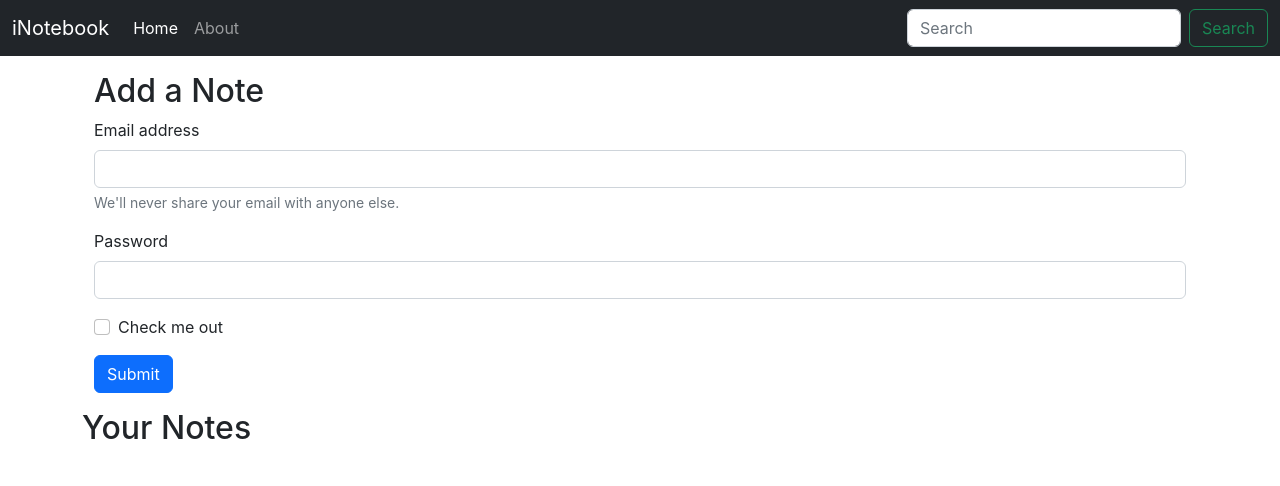
Repository: SatishPatil108/iNotebook-React
Page: /
The author's editor kept a copy of each file at every save. The page is drawn from the files as they stood at one save, then again after the next save.
The browser window is 1280 px wide. The pictures show the whole page.
The project was rebuilt for these pictures with package versions that can differ from the ones it lists, and the page was loaded fresh each time. Also part of the build but not shown: src/App.css, src/components/About.js.

Above is the page before, as saved 2022-07-23 17:37:36.

### public/index.html
<!DOCTYPE html>
<html lang="en">

<head>
  <meta charset="utf-8" />
  <link rel="icon" href="%PUBLIC_URL%/favicon.ico" />
  <meta name="viewport" content="width=device-width, initial-scale=1" />
  <meta name="theme-color" content="#000000" />
  <meta name="description" content="Web site created using create-react-app" />
  <link rel="apple-touch-icon" href="%PUBLIC_URL%/logo192.png" />

  <link rel="manifest" href="%PUBLIC_URL%/manifest.json" />
  <link href="https://cdn.jsdelivr.net/npm/bootstrap@5.2.0/dist/css/bootstrap.min.css" rel="stylesheet"
    integrity="sha384-gH2yIJqKdNHPEq0n4Mqa/HGKIhSkIHeL5AyhkYV8i59U5AR6csBvApHHNl/vI1Bx" crossorigin="anonymous">

  <title>iNotebook - Your Notes Secured in the Cloud</title>
</head>

<body>
  <noscript>You need to enable JavaScript to run this app.</noscript>
  <div id="root"></div>
  <script src="https://cdn.jsdelivr.net/npm/@popperjs/core@2.11.5/dist/umd/popper.min.js"
    integrity="sha384-Xe+8cL9oJa6tN/veChSP7q+mnSPaj5Bcu9mPX5F5xIGE0DVittaqT5lorf0EI7Vk"
    crossorigin="anonymous"></script>
  <script src="https://cdn.jsdelivr.net/npm/bootstrap@5.2.0/dist/js/bootstrap.min.js"
    integrity="sha384-ODmDIVzN+pFdexxHEHFBQH3/9/vQ9uori45z4JjnFsRydbmQbmL5t1tQ0culUzyK"
    crossorigin="anonymous"></script>

</body>

</html>

### src/App.js
import './App.css';
import {
  BrowserRouter as Router,
  Routes,
  Route
} from "react-router-dom";
import Navbar from './components/Navbar';
import Home from './components/Home';
import About from './components/About';
import NoteState from './context/notes/NoteState';

function App() {
  return (
    <>
      <NoteState>
        <Router>
          <Navbar />
          <div className="container">
            <Routes>
              <Route exact path="/" element={<Home />}></Route>
              <Route exact path="/about" element={<About />}></Route>
            </Routes>
          </div>
        </Router>
      </NoteState>
    </>
  );
}

export default App;

### src/components/Navbar.js
import React, { useEffect } from 'react'
import { Link, useLocation } from "react-router-dom";

const Navbar = () => {

    let location = useLocation();
    useEffect(() => {
        console.log(location.pathname);
    }, [location]);
    return (
        <div>
            <nav className="navbar navbar-expand-lg navbar-dark  bg-dark">
                <div className="container-fluid">
                    <Link className="navbar-brand" to="/">iNotebook</Link>
                    <button className="navbar-toggler" type="button" data-bs-toggle="collapse" data-bs-target="#navbarSupportedContent" aria-controls="navbarSupportedContent" aria-expanded="false" aria-label="Toggle navigation">
                        <span className="navbar-toggler-icon"></span>
                    </button>
                    <div className="collapse navbar-collapse" id="navbarSupportedContent">
                        <ul className="navbar-nav me-auto mb-2 mb-lg-0">
                            <li className="nav-item">
                                <Link className={`nav-link ${location.pathname === "/" ? "active" : ""}`} aria-current="page" to="/">Home</Link>
                            </li>
                            <li className="nav-item">
                                <Link className={`nav-link ${location.pathname === "/about" ? "active" : ""}`} to="/about">About</Link>
                            </li>
                        </ul>
                        <form className="d-flex" role="search">
                            <input className="form-control me-2" type="search" placeholder="Search" aria-label="Search" />
                            <button className="btn btn-outline-success" type="submit">Search</button>
                        </form>
                    </div>
                </div>
            </nav>
        </div>
    )
}

export default Navbar

### src/components/Home.js
import React from 'react'

const Home = () => {
    return (
        <div>
            <div className="container my-3">
                <h2>Add a Note</h2>
                <form>
                    <div className="mb-3">
                        <label for="exampleInputEmail1" className="form-label">Email address</label>
                        <input type="email" className="form-control" id="exampleInputEmail1" aria-describedby="emailHelp" />
                        <div id="emailHelp" className="form-text">We'll never share your email with anyone else.</div>
                    </div>
                    <div className="mb-3">
                        <label for="exampleInputPassword1" className="form-label">Password</label>
                        <input type="password" className="form-control" id="exampleInputPassword1" />
                    </div>
                    <div className="mb-3 form-check">
                        <input type="checkbox" className="form-check-input" id="exampleCheck1" />
                        <label className="form-check-label" for="exampleCheck1">Check me out</label>
                    </div>
                    <button type="submit" className="btn btn-primary">Submit</button>
                </form>
            </div>
            <h2>Your Notes</h2>
        </div>
    )
}

export default Home

### src/context/notes/NoteState.js
import NoteContext from "./noteContext";
const NoteState = (props) => {



    return (
        <NoteContext.Provider value={{}}>
            {props.children}
        </NoteContext.Provider>
    )
}

export default NoteState;

Loaded but not shown: src/index.js (common file); src/index.css (common file); src/context/notes/noteContext.js (common file)

After the next save:
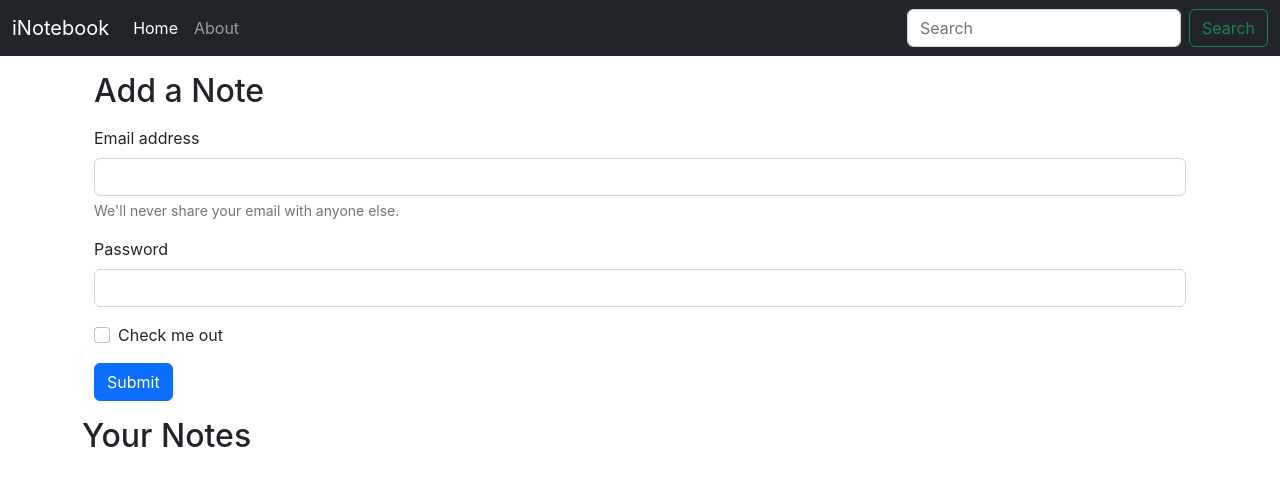
Saved 69 s later.
--- a/src/components/Home.js
+++ b/src/components/Home.js
@@ -5,7 +5,7 @@
         <div>
             <div className="container my-3">
                 <h2>Add a Note</h2>
-                <form>
+                <form className='my-3'>
                     <div className="mb-3">
                         <label for="exampleInputEmail1" className="form-label">Email address</label>
                         <input type="email" className="form-control" id="exampleInputEmail1" aria-describedby="emailHelp" />
